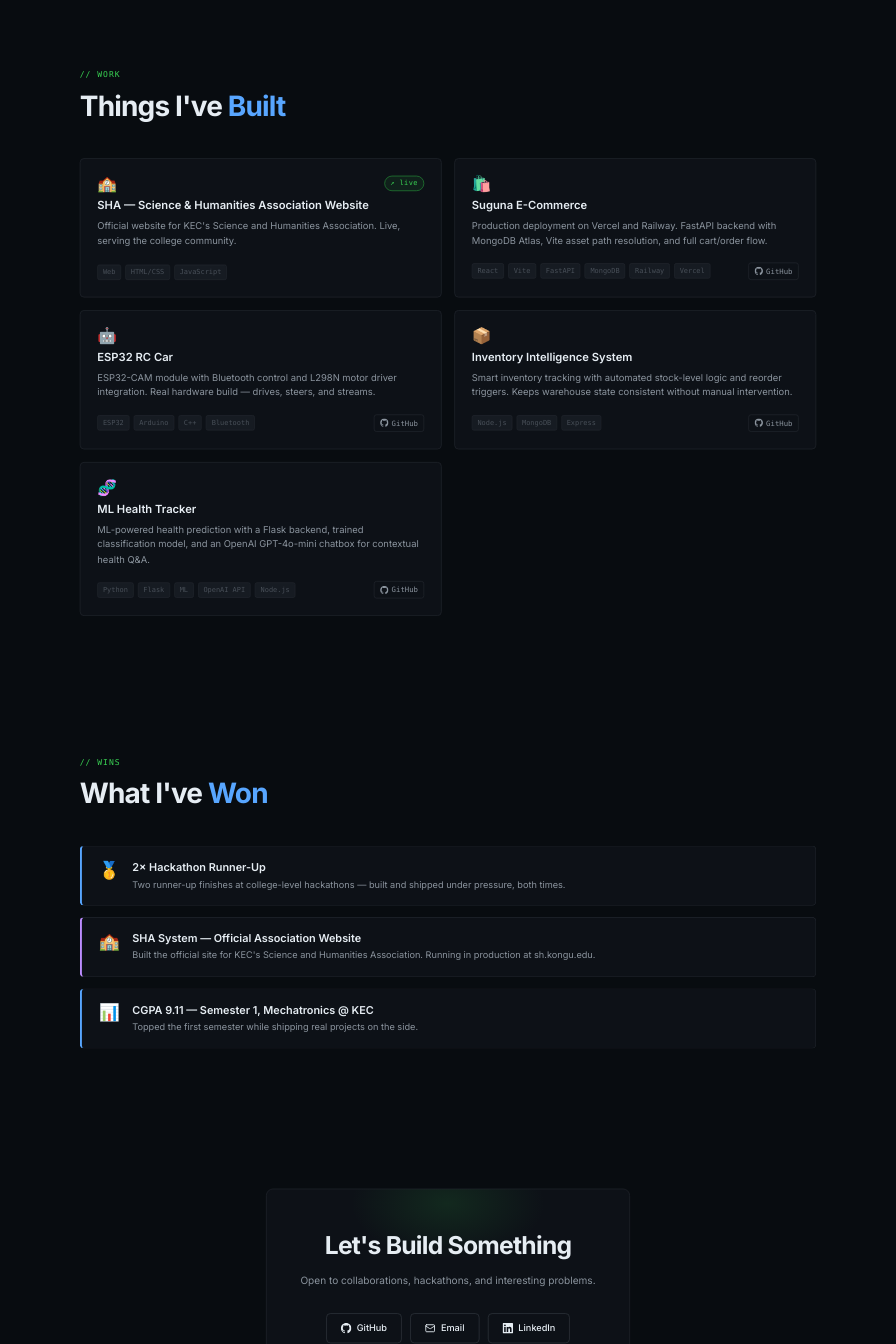
Repository: vipinsamy-sys/viping
Page: /
These files come from the project's save history. The page is drawn as it stood at one moment and after the next save; the edit follows.
The browser window is 1280 px wide. The pictures show the part of the page from y = 2010 to 3930 px (the page is 4157 px tall before and 4178 px after), at 70% of full size.
The project was rebuilt for these pictures with package versions that can differ from the ones it lists, and the page was loaded fresh each time. Also part of the build but not shown: vite.config.js.

Above is the page before, as saved 2026-06-26 07:20:30.

After the next save:
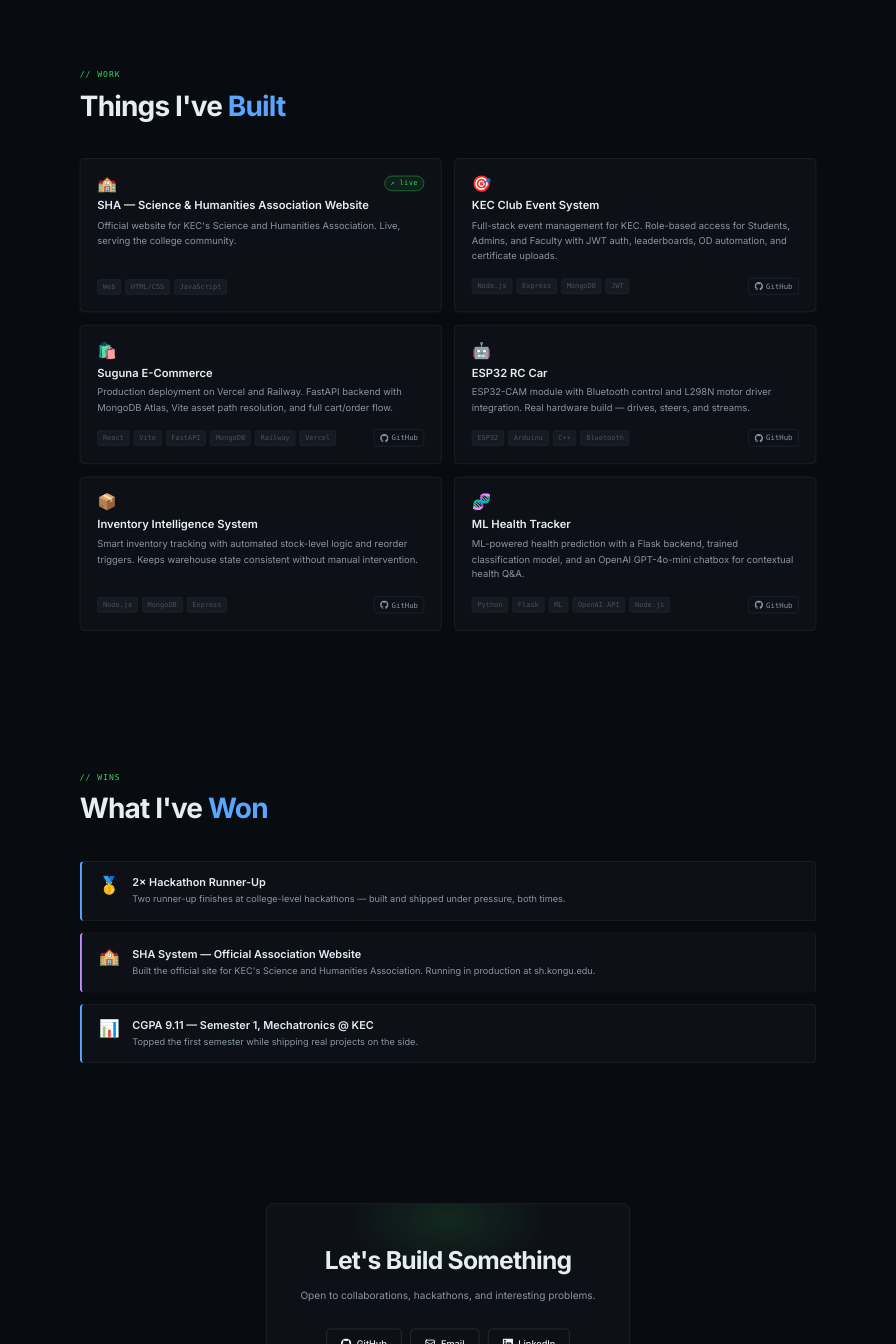
Saved 8 s later.
--- a/src/components/Projects.jsx
+++ b/src/components/Projects.jsx
@@ -28,6 +28,14 @@
     tags: ['Web', 'HTML/CSS', 'JavaScript'],
     live: 'https://sh.kongu.edu',
     isLive: true,
+  },
+  {
+    icon: '🎯',
+    accent: 'green',
+    name: 'KEC Club Event System',
+    desc: 'Full-stack event management for KEC. Role-based access for Students, Admins, and Faculty with JWT auth, leaderboards, OD automation, and certificate uploads.',
+    tags: ['Node.js', 'Express', 'MongoDB', 'JWT'],
+    github: 'https://github.com/vipinsamy-sys',
   },
   {
     icon: '🛍️',

After the save that followed:
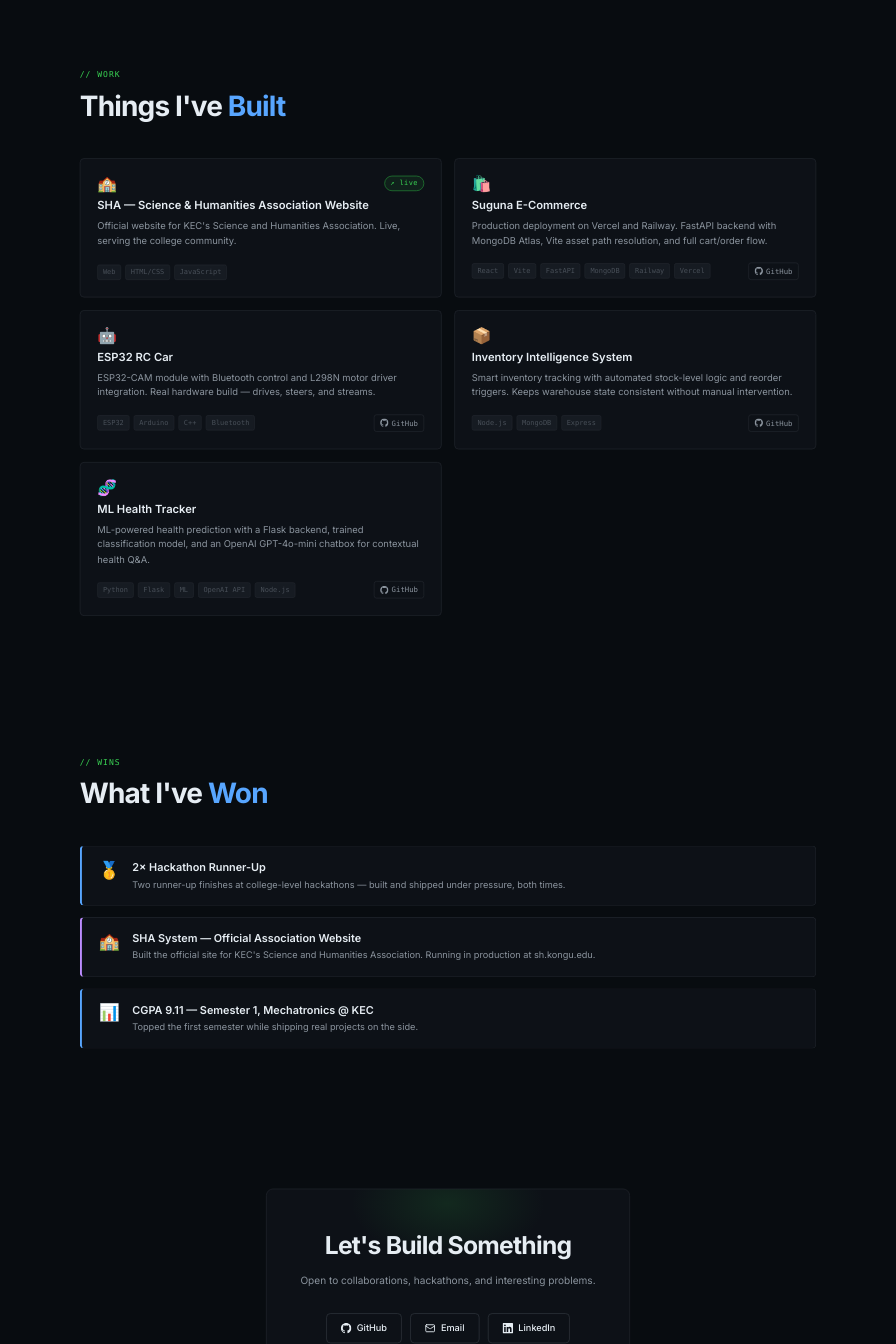
Saved 29 s later.
--- a/src/components/Projects.jsx
+++ b/src/components/Projects.jsx
@@ -20,6 +20,7 @@
 );
 
 const PROJECTS = [
+
   {
     icon: '🏫',
     accent: 'blue',
@@ -28,14 +29,6 @@
     tags: ['Web', 'HTML/CSS', 'JavaScript'],
     live: 'https://sh.kongu.edu',
     isLive: true,
-  },
-  {
-    icon: '🎯',
-    accent: 'green',
-    name: 'KEC Club Event System',
-    desc: 'Full-stack event management for KEC. Role-based access for Students, Admins, and Faculty with JWT auth, leaderboards, OD automation, and certificate uploads.',
-    tags: ['Node.js', 'Express', 'MongoDB', 'JWT'],
-    github: 'https://github.com/vipinsamy-sys',
   },
   {
     icon: '🛍️',
